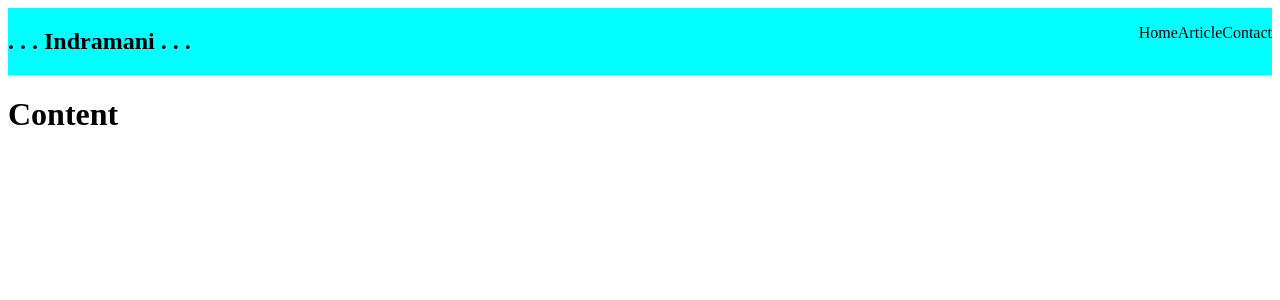
Repository: indramani7271/Indramani-First
Page: /
The author's editor kept a copy of each file at every save. The page is drawn from the files as they stood at one save, then again after the next save.
The browser window is 1280 px wide. The pictures show the whole page.
The project was rebuilt for these pictures with package versions that can differ from the ones it lists, and the page was loaded fresh each time. Also part of the build but not shown: vite.config.js, src/index.css.

Above is the page before, as saved 2024-12-02 17:15:11.

### src/App.jsx
import Navbar from "./Component/Navbar";

function App() {


  return (
    <div>

<Navbar />

      <h1>Content</h1>
    </div>
  )


}


export default App;

### src/Component/Navbar.jsx
function Navbar() {
    return(
        <div style={{display:"flex" , justifyContent:"space-between", backgroundColor:"aqua"}}>

<div>
<h2>. . . Indramani . . .</h2>
</div>

<div style={{display:"flex" , backgroundColor:"aqua"}}>

<p>Home</p>
<p>Article</p>
<p>Contact</p>

</div>

        </div>
    )

}

export default Navbar

Loaded but not shown: index.html (common file); src/main.jsx (common file)

After the next save:
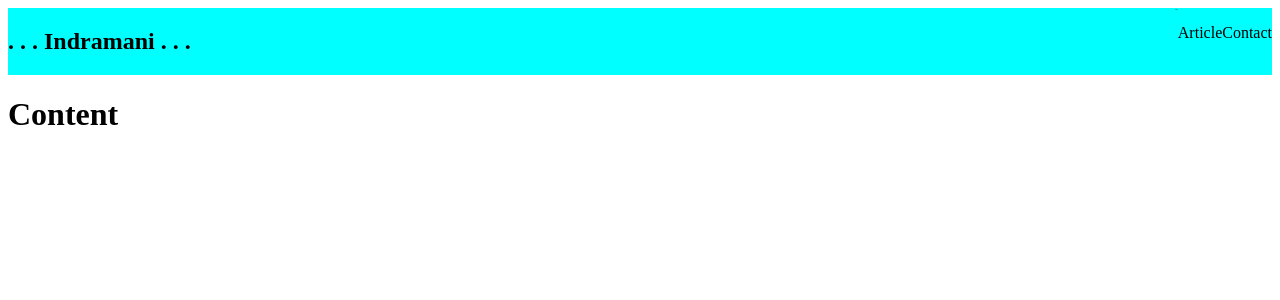
Saved 30 s later.
--- a/src/Component/Navbar.jsx
+++ b/src/Component/Navbar.jsx
@@ -8,7 +8,7 @@ function Navbar() {
 
 <div style={{display:"flex" , backgroundColor:"aqua"}}>
 
-<p>Home</p>
+<p style={{fontSize:"1px"}}>Home</p>
 <p>Article</p>
 <p>Contact</p>
 
